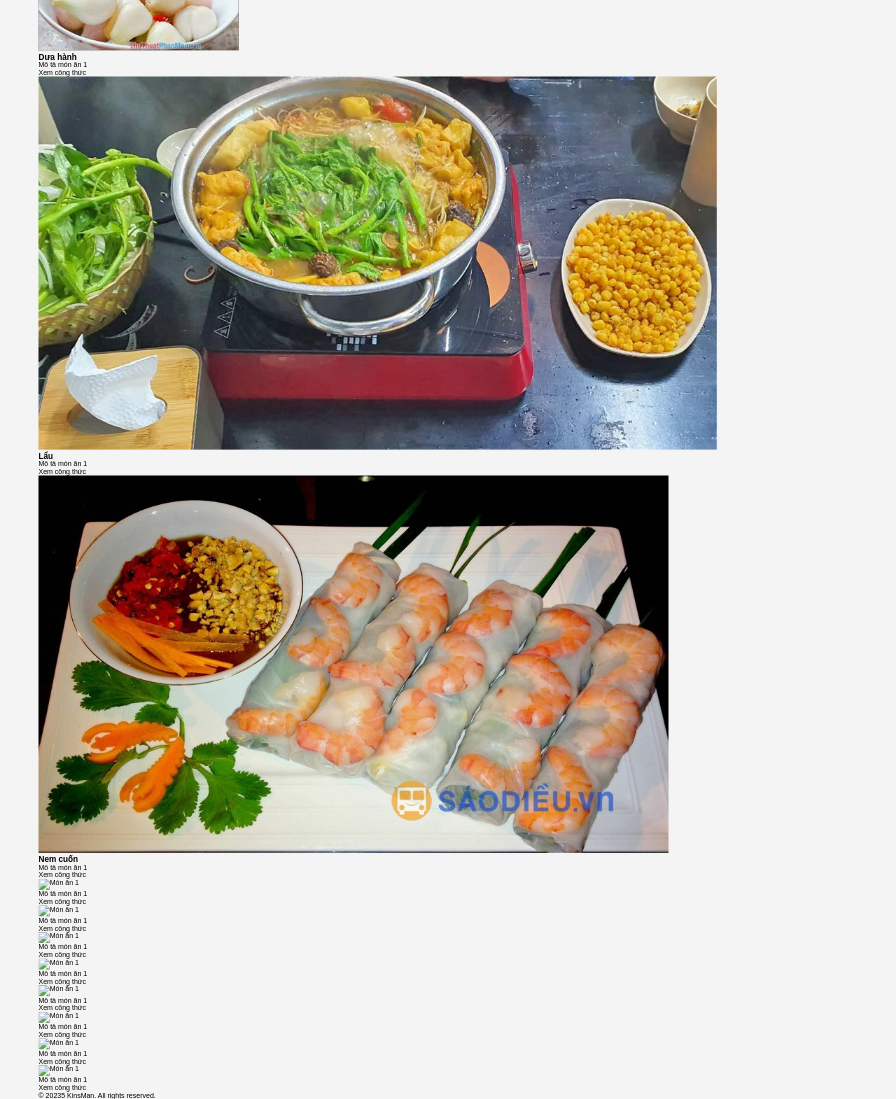
Repository: hoang28092000/how-food
Page: index.html
An editor plug-in stored every save of this project. The page is shown before and after a run of saves, followed by the edit.
The browser window is 1280 px wide. The pictures show the part of the page from y = 2096 to 4016 px (the page is 3666 px tall before and 4016 px after), at 70% of full size.

Above is the page before, as saved 2025-04-14 23:56:46.

### index.html
<!DOCTYPE html>
<html lang="en">
<head>
    <meta charset="UTF-8">
    <meta name="viewport" content="width=device-width, initial-scale=1.0">
    <link rel="stylesheet" href="./style.css">
    <title>Food VN</title>
</head>
<body>
    <header>
        <div class="container">
            <nav class="nav">
                <h1 class="logo">KINSMAN</h1>
                <form action="" class="search-form">
                    <input type="text" class="search-box" placeholder="Search for food...">
                    <button type="submit" class="btn-search">Search</button>
                </form>
            </nav>
        </div>
    </header>
    <main>
        <div class="container">
            <h2 class="title-page">
                Công thức nấu món ăn do KinsMAN cung cấp
            </h2>
            <div class="list-food">
                <div class="food-item">
                    <img src="./image/banh-xeo.webp" alt="Món ăn 1" class="food-image">
                    <div class="info-card">
                        <h3 class="food-name">Bánh Xèo</h3>
                        <p class="food-description">Mô tả món ăn 1</p>
                        <a class="btn-card">Xem công thức</a>
                    </div>
                </div>
                <div class="food-item">
                    <img src="./image/banh_khot.webp" alt="Món ăn 1" class="food-image">
                    <div class="info-card">
                        <h3 class="food-name">Bánh khọt</h3>
                        <p class="food-description">Mô tả món ăn 1</p>
                        <a class="btn-card">Xem công thức</a>
                    </div>
                </div>
                <div class="food-item">
                    <img src="./image/bunbo.jpg" alt="Món ăn 1" class="food-image">
                    <div class="info-card">
                        <h3 class="food-name">Bún bò</h3>
                        <p class="food-description">Mô tả món ăn 1</p>
                        <a class="btn-card">Xem công thức</a>
                    </div>
                </div>
                <div class="food-item">
                    <img src="./image/duahanh.jpg" alt="Món ăn 1" class="food-image">
                    <div class="info-card">
                        <h3 class="food-name">Dưa hành</h3>
                        <p class="food-description">Mô tả món ăn 1</p>
                        <a class="btn-card">Xem công thức</a>
                    </div>
                </div>
                <div class="food-item">
                    <img src="./image/lau.webp" alt="Món ăn 1" class="food-image">
                    <div class="info-card">
                        <h3 class="food-name">Lẩu</h3>
                        <p class="food-description">Mô tả món ăn 1</p>
                        <a class="btn-card">Xem công thức</a>
                    </div>
                </div>
                <div class="food-item">
                    <img src="./image/nemccuon.jpg" alt="Món ăn 1" class="food-image">
                    <div class="info-card">
                        <h3 class="food-name">Nem cuốn</h3>
                        <p class="food-description">Mô tả món ăn 1</p>
                        <a class="btn-card">Xem công thức</a>
                    </div>
                </div>
                <div class="food-item">
                    <img src="" alt="Món ăn 1" class="food-image">
                    <div class="info-card">
                        <h3 class="food-name"></h3>
                        <p class="food-description">Mô tả món ăn 1</p>
                        <a class="btn-card">Xem công thức</a>
                    </div>
                </div>
                <div class="food-item">
                    <img src="" alt="Món ăn 1" class="food-image">
                    <div class="info-card">
                        <h3 class="food-name"></h3>
                        <p class="food-description">Mô tả món ăn 1</p>
                        <a class="btn-card">Xem công thức</a>
                    </div>
                </div>
                <div class="food-item">
                    <img src="" alt="Món ăn 1" class="food-image">
                    <div class="info-card">
                        <h3 class="food-name"></h3>
                        <p class="food-description">Mô tả món ăn 1</p>
                        <a class="btn-card">Xem công thức</a>
                    </div>
                </div>
                <div class="food-item">
                    <img src="" alt="Món ăn 1" class="food-image">
                    <div class="info-card">
                        <h3 class="food-name"></h3>
                        <p class="food-description">Mô tả món ăn 1</p>
                        <a class="btn-card">Xem công thức</a>
                    </div>
                </div>
                <div class="food-item">
                    <img src="" alt="Món ăn 1" class="food-image">
                    <div class="info-card">
                        <h3 class="food-name"></h3>
                        <p class="food-description">Mô tả món ăn 1</p>
                        <a class="btn-card">Xem công thức</a>
                    </div>
                </div>
                <div class="food-item">
                    <img src="" alt="Món ăn 1" class="food-image">
                    <div class="info-card">
                        <h3 class="food-name"></h3>
                        <p class="food-description">Mô tả món ăn 1</p>
                        <a class="btn-card">Xem công thức</a>
                    </div>
                </div>
                <div class="food-item">
                    <img src="" alt="Món ăn 1" class="food-image">
                    <div class="info-card">
                        <h3 class="food-name"></h3>
                        <p class="food-description">Mô tả món ăn 1</p>
                        <a class="btn-card">Xem công thức</a>
                    </div>
                </div>
                <div class="food-item">
                    <img src="" alt="Món ăn 1" class="food-image">
                    <div class="info-card">
                        <h3 class="food-name"></h3>
                        <p class="food-description">Mô tả món ăn 1</p>
                        <a class="btn-card">Xem công thức</a>
                    </div>
                </div>
            </div>
        </div>
    </main>

    <footer>
        <div class="container">
            <p>&copy; 20235 KinsMan. All rights reserved.</p>
        </div>
    </footer>


    <script src="script.js"></script>
</body>
</html>

### style.css
*{
    padding: 0;
    margin: 0;
    box-sizing: border-box;
}
html{
    font-size: 62.5%;
    scroll-behavior: smooth;
}
.container{
    max-width: calc(100% - 48px);
    width: 1170px;
    margin: 0 auto;
}
body{
    font-family: 'Poppins', sans-serif;
    background-color: #f4f4f4;
}
/* header */
nav{
    display: flex;
    justify-content: space-between;
    align-items: center;
    padding: 20px;
    background-color: #fff;
    box-shadow: 0 2px 5px rgba(0, 0, 0, 0.1);
    position: fixed;
    width: 100%;
    top: 0;
    left: 0;
}
nav .logo{
    font-size: 2rem;
    font-weight: bold;
    color: #333;
    letter-spacing: 2px;
}
nav .search-form{
    display: flex;
    width: 50%;
    align-items: center;
    justify-content: flex-end;
}
.search-box{
    width: 300px;
    height: 40px;
    padding-left: 10px;
    border: 1px solid #ccc;
    border-radius: 5px;
    outline: none;
}
.btn-search{
    width: 100px;
    height: 40px;
    background-color: #333;
    color: #fff;
    border: none;
    border-radius: 5px;
    cursor: pointer;
    margin-left: 10px;
    transition: background-color 0.2s ease-in-out;
}
.btn-search:hover{
    background-color: #555;
}
/* main */
main{
    margin-top: 80px;
}
.title-page{
    padding-top: 60px;
    text-align: center;
    font-size: 2rem;
    font-weight: bold;
    color: #333;

}

Loaded but not shown: script.js (no copy from this time; the picture is the same without it)

After the next 4 saves:
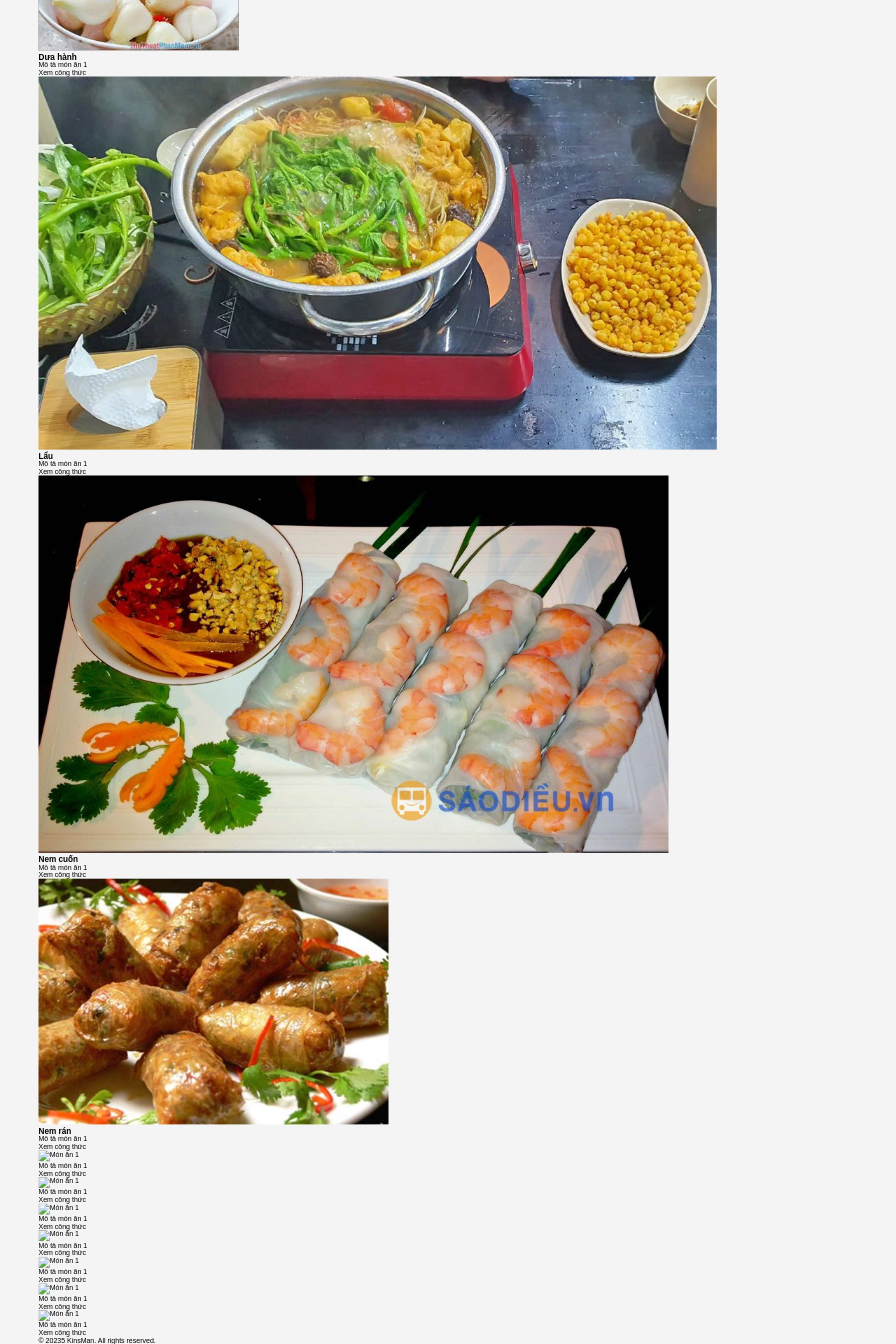
The 4 saves are shown as one change because they came seconds apart.
The last was saved 13 s later.
--- a/index.html
+++ b/index.html
@@ -73,9 +73,9 @@
                     </div>
                 </div>
                 <div class="food-item">
-                    <img src="" alt="Món ăn 1" class="food-image">
+                    <img src="./image/nemran.jpg" alt="Món ăn 1" class="food-image">
                     <div class="info-card">
-                        <h3 class="food-name"></h3>
+                        <h3 class="food-name">Nem rán</h3>
                         <p class="food-description">Mô tả món ăn 1</p>
                         <a class="btn-card">Xem công thức</a>
                     </div>
